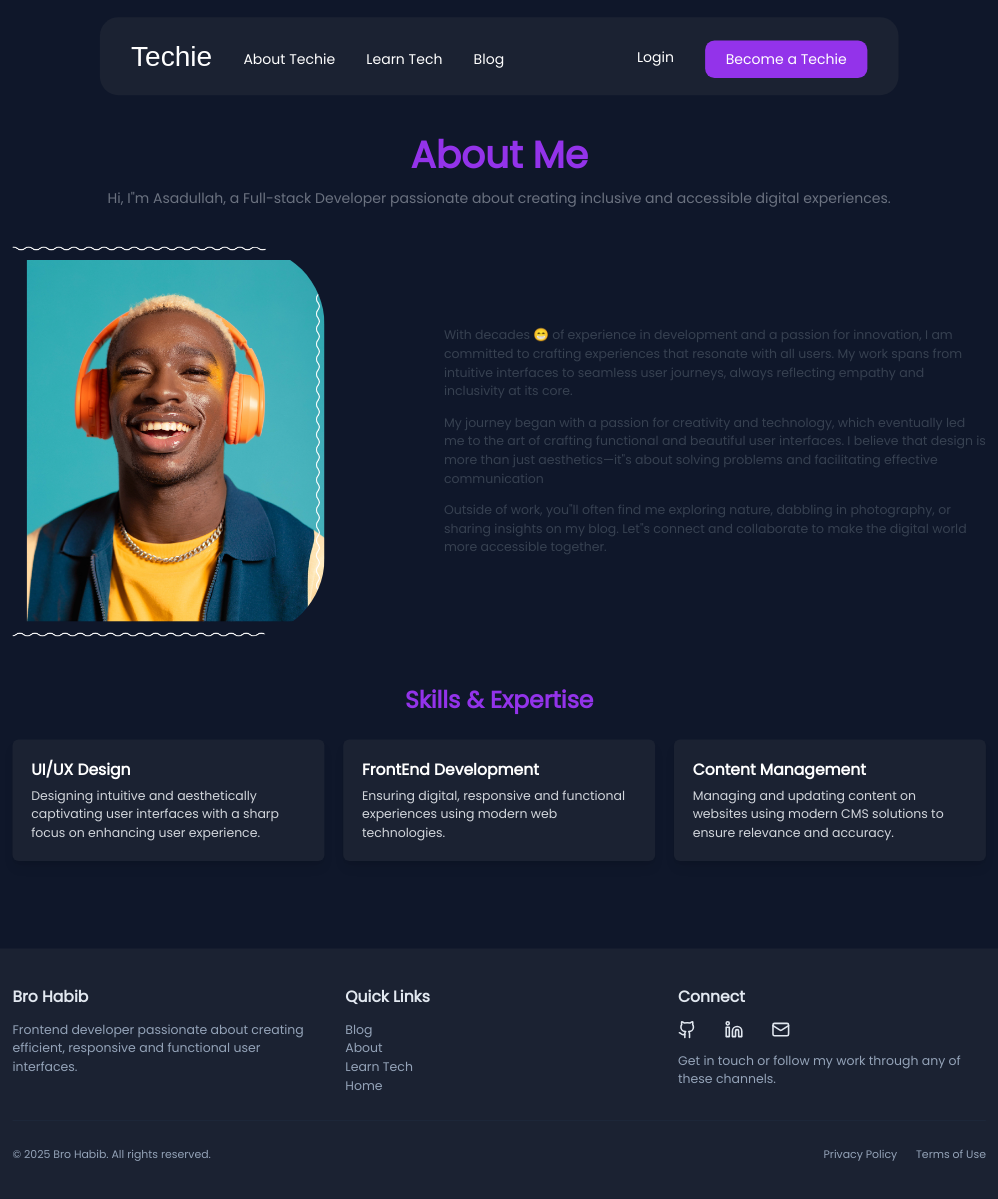
Repository: asadullah48/data-fetch
Page: /about
These files come from the project's save history. The page is drawn as it stood at one moment and after the next save; the edit follows.
The browser window is 1280 px wide. The pictures show the whole page, at 78% of full size.
Some web fonts or font styles are not loaded; a fallback is used. The project was rebuilt for these pictures with package versions that can differ from the ones it lists, and the page was loaded fresh each time. The framework's server and built-in components were replaced by stand-ins that run in the browser. Also part of the build but not shown: next.config.mjs.

Above is the page before, as saved 2025-01-15 12:40:27.

### src/app/layout.tsx
import type { Metadata } from "next";
import localFont from "next/font/local";
import "./globals.css";
import Navbar from "@/components/Navbar";
import { Poppins } from "next/font/google"
import Footer from "@/components/Footer";


const poppins = Poppins({
  subsets: ['latin'],
  weight: '400'
})

const geistSans = localFont({
  src: "./fonts/GeistVF.woff",
  variable: "--font-geist-sans",
  weight: "100 900",
});
const geistMono = localFont({
  src: "./fonts/GeistMonoVF.woff",
  variable: "--font-geist-mono",
  weight: "100 900",
});

export const metadata: Metadata = {
  title: "Data Fetching",
  description: "Data Fetching in a CSR and SSR",
};

export default function RootLayout({
  children,
}: Readonly<{
  children: React.ReactNode;
}>) {
  return (
    <html lang="en">
      <body
        className={`${geistSans.variable} ${geistMono.variable} ${poppins.className} bg-[#0f172a] text-white antialiased overflow-x-hidden`}
      >
        <Navbar />
        {children}
        <Footer/>
      </body>
    </html>
  );
}

### src/app/about/page.tsx
'use client';

import Image from "next/image";

export default function About() {
    return (
        <div className="container mx-auto px-4 py-8">
            <div className="text-center mb-12">
                <h1 className="text-5xl font-bold text-[#9333EA]">About Me</h1>
                <p className="text-lg text-gray-500 mt-4">
                    Hi, I&quot;m Asadullah, a Full-stack Developer passionate about creating inclusive and accessible digital experiences.
                </p>
            </div>

            <div className="flex flex-col sm:flex-row gap-8 juctify-center items-center">
                {/* Profile Image */}
                <div className="relative w-screen align-middle md:w-1/2 h-[500px] overflow-hidden">
                    <div className="w-screen align-middle rounded-[0_50px_0_50px]  overflow-hidden ">
                        {/* Using placeholder API for demo - replace src with your actual image URL */}
                        <Image
                            src="/images/myImg.jpeg"
                            width={1000}
                            height={1000}
                            alt="Professional portrait"
                            className="w-[400px] h-[500px] object-cover md:rounded-[0_100px_100px_0] absolute left-0"
                        />
                    </div>
                </div>

                {/* Description */}
                <div className="w-full md:w-2/3 text-center md:text-left">
                    <p className="text-gray-700 mb-4">
                        With decades 😁 of experience in development and a passion for innovation, I am committed to crafting experiences
                        that resonate with all users. My work spans from intuitive interfaces to seamless user journeys,
                        always reflecting empathy and inclusivity at its core.
                    </p>
                    <p className="text-gray-700 mb-4">
                    My journey began with a passion for creativity and technology, which eventually led me to the art of crafting functional and beautiful
                     user interfaces. I believe that design is more than just aesthetics—it&quot;s about solving problems and facilitating effective communication
                    </p>
                    <p className="text-gray-700">
                    Outside of work, you&quot;ll often find me exploring nature, dabbling in photography, or sharing insights on my blog.
                    Let&quot;s connect and collaborate to make the digital world more accessible together.

                    </p>
                </div>
            </div>

            {/* Skills Section */}
            <div className="mt-16">
                <h2 className="text-3xl font-bold text-[#9333EA] text-center mb-8">Skills & Expertise</h2>

                <div className="grid grid-cols-1 md:grid-cols-3 gap-6">

                    <div className="bg-[#1b2232] text-white rounded-lg shadow-lg p-6">
                        <h3 className="text-xl font-semibold mb-2">UI/UX Design</h3>
                        <p className="text-gray-300">
                        Designing intuitive and aesthetically captivating user interfaces with a sharp focus on enhancing user experience.
                        </p>
                    </div>
                    <div className="bg-[#1b2232] text-white rounded-lg shadow-lg p-6">
                        <h3 className="text-xl font-semibold mb-2">FrontEnd Development</h3>
                        <p className="text-gray-300">
                            Ensuring digital, responsive and functional experiences using modern web technologies.
                        </p>
                    </div>

                    <div className="bg-[#1b2232] text-white rounded-lg shadow-lg p-6">
                        <h3 className="text-xl font-semibold mb-2">Content Management</h3>
                        <p className="text-gray-300">
                            Managing and updating content on websites using modern CMS solutions to ensure relevance and accuracy.
                        </p>
                    </div>
                </div>
            </div>
        </div>
    );
}

### src/app/globals.css
@tailwind base;
@tailwind components;
@tailwind utilities;

body {
  font-family: Arial, Helvetica, sans-serif;
}

@layer utilities {
  .text-balance {
    text-wrap: balance;
  }
}

@layer base {
  :root {
    --background: 0 0% 100%;
    --foreground: 20 14.3% 4.1%;
    --card: 0 0% 100%;
    --card-foreground: 20 14.3% 4.1%;
    --popover: 0 0% 100%;
    --popover-foreground: 20 14.3% 4.1%;
    --primary: 24 9.8% 10%;
    --primary-foreground: 60 9.1% 97.8%;
    --secondary: 60 4.8% 95.9%;
    --secondary-foreground: 24 9.8% 10%;
    --muted: 60 4.8% 95.9%;
    --muted-foreground: 25 5.3% 44.7%;
    --accent: 60 4.8% 95.9%;
    --accent-foreground: 24 9.8% 10%;
    --destructive: 0 84.2% 60.2%;
    --destructive-foreground: 60 9.1% 97.8%;
    --border: 20 5.9% 90%;
    --input: 20 5.9% 90%;
    --ring: 20 14.3% 4.1%;
    --chart-1: 12 76% 61%;
    --chart-2: 173 58% 39%;
    --chart-3: 197 37% 24%;
    --chart-4: 43 74% 66%;
    --chart-5: 27 87% 67%;
    --radius: 0.5rem;
  }
  .dark {
    --background: 20 14.3% 4.1%;
    --foreground: 60 9.1% 97.8%;
    --card: 20 14.3% 4.1%;
    --card-foreground: 60 9.1% 97.8%;
    --popover: 20 14.3% 4.1%;
    --popover-foreground: 60 9.1% 97.8%;
    --primary: 60 9.1% 97.8%;
    --primary-foreground: 24 9.8% 10%;
    --secondary: 12 6.5% 15.1%;
    --secondary-foreground: 60 9.1% 97.8%;
    --muted: 12 6.5% 15.1%;
    --muted-foreground: 24 5.4% 63.9%;
    --accent: 12 6.5% 15.1%;
    --accent-foreground: 60 9.1% 97.8%;
    --destructive: 0 62.8% 30.6%;
    --destructive-foreground: 60 9.1% 97.8%;
    --border: 12 6.5% 15.1%;
    --input: 12 6.5% 15.1%;
    --ring: 24 5.7% 82.9%;
    --chart-1: 220 70% 50%;
    --chart-2: 160 60% 45%;
    --chart-3: 30 80% 55%;
    --chart-4: 280 65% 60%;
    --chart-5: 340 75% 55%;
  }
}

@layer base {
  * {
    @apply border-border;
  }
  body {
    @apply bg-background text-foreground;
  }
}

### src/components/Navbar.tsx
"use client"
import { useState } from 'react';
import { Agbalumo } from "next/font/google"
import Link from "next/link"

const agbalumo = Agbalumo({
    subsets: ['latin'],
    weight: '400'
})


export default function Navbar() {
    const [isMenuOpen, setIsMenuOpen] = useState(false);

    const toggleMenu = () => setIsMenuOpen(!isMenuOpen);

    return (
        <div className="h-[144px] w-screen flex justify-center items-center">
            <div className="h-[100px] w-full relative md:w-[80%] md:rounded-3xl bg-[#1b2232] text-white flex justify-between items-center px-10">
                {/* Logo and Links */}
                <div className="flex justify-center items-center gap-10">
                <Link href={"/"}>
                    <h1 className={`${agbalumo.className} text-4xl`}>Techie</h1>
                </Link>

                    <div className="hidden lg:flex gap-10">
                        <Link href={"/about"} className="text-lg mt-2">About Techie</Link>
                        <Link href={"/learnTech"} className="text-lg mt-2">Learn Tech</Link>
                        <Link href={"/blog"} className="text-lg mt-2">Blog</Link>
                    </div>
                </div>

                {/* Navbar Buttons */}
                <div className="hidden md:flex gap-10">
                    <Link href={"/login"} className="text-lg mt-4">Login</Link>
                    <Link href={"/signup"} className="text-lg mt-2 h-12 bg-PrimaryPurple flex justify-center items-center w-52 rounded-xl">Become a Techie</Link>
                </div>

                {/* Hamburger Menu for Mobile */}
                <div className="lg:hidden flex items-center gap-4">
                    {/* <h1 className="font-bold text-4xl">Techie</h1> */}
                    <button onClick={toggleMenu} className="text-white text-2xl">
                        {/* Hamburger Icon */}
                        {isMenuOpen ? 'X' : '☰'}
                    </button>
                </div>
            </div>

            {/* Dropdown Menu for Mobile */}
            {isMenuOpen && (
                <div className='z-50 h-screen fixed top-1/4 w-full flex justify-center items-center bg-[#1b2232]/70 backdrop-blur-md '>
                <div className=" lg:hidden  text-white  text-center py-4 flex flex-col justify-center items-start gap-5">
                    <Link href={"/about"} onClick={()=> setIsMenuOpen(false)} className="block text-lg mt-2">About Techie</Link>
                    <Link href={"/learnTech"} onClick={()=> setIsMenuOpen(false)} className="block text-lg mt-2">Learn Tech</Link>
                    <Link href={"/blog"} onClick={()=> setIsMenuOpen(false)} className="block text-lg mt-2">Blog</Link>
                    <Link href={"/login"} onClick={()=> setIsMenuOpen(false)} className="block text-lg mt-2">Login</Link>
                    <Link href={"/signup"} onClick={()=> setIsMenuOpen(false)} className=" text-lg mt-2 h-12 bg-PrimaryPurple flex justify-start pl-2 items-center w-52 rounded-xl">Become a Techie</Link>
                </div>
                </div>
            )}
        </div>
    )
}

### src/components/Footer.tsx
import React from 'react'
import { Github,  Linkedin, Mail } from 'lucide-react';
import Link from 'next/link';
export default function Footer() {
  const currentYear = new Date().getFullYear();

  return (
    <div className="bg-[#1b2232] mt-20 text-slate-200 py-12 ">
      <div className="container mx-auto px-4">
        {/* Main Footer Content */}
        <div className="grid grid-cols-1 md:grid-cols-3 gap-8 mb-8">
          {/* About Section */}
          <div>
            <h3 className="text-xl font-semibold mb-4">Bro Habib</h3>
            <p className="text-slate-400 mb-4">
              Frontend developer passionate about creating efficient, responsive and functional user interfaces.
            </p>
          </div>

          {/* Quick Links */}
          <div>
            <h3 className="text-xl font-semibold mb-4">Quick Links</h3>
            <ul className="space-y-2 text-slate-400">
              <Link href="/blog" className="hover:text-slate-200 transition-colors"><li>Blog</li>
              </Link>
              <Link href="/about" className="hover:text-slate-200 transition-colors"><li>About</li>
              </Link>
              <Link href="/learnTech" className="hover:text-slate-200 transition-colors"><li>Learn Tech</li>
              </Link>
              <Link href="/" className="hover:text-slate-200 transition-colors"><li>Home</li>
              </Link>
            </ul>
          </div>

          {/* Connect Section */}
          <div>
            <h3 className="text-xl font-semibold mb-4">Connect</h3>
            <div className="flex space-x-4 mb-4 gap-5">
              <Link href="https://github.com/Habib-bhai" className="hover:text-slate-200 transition-colors">
                <Github size={24} />
              </Link>

              <Link href="https://www.linkedin.com/in/habib007ab92282/" className="hover:text-slate-200 transition-colors">
                <Linkedin size={24} />
              </Link>

              <Link href="mailto:habibahmed918131@gmail.com" className="hover:text-slate-200 transition-colors">
                <Mail size={24} />
              </Link>

            </div>
            <p className="text-slate-400">
              Get in touch or follow my work through any of these channels.
            </p>
          </div>
        </div>

        {/* Bottom Bar */}
        <div className="pt-8 border-t border-slate-800">
          <div className="flex flex-col md:flex-row justify-between items-center space-y-4 md:space-y-0">
            <p className="text-slate-400 text-sm">
              © {currentYear} Bro Habib. All rights reserved.
            </p>
            <div className="flex space-x-6 text-sm text-slate-400">
              <a href="/privacy" className="hover:text-slate-200 transition-colors">Privacy Policy</a>
              <a href="/terms" className="hover:text-slate-200 transition-colors">Terms of Use</a>
            </div>
          </div>
        </div>
      </div>
    </div>
  )
}

### tailwind.config.ts
import type { Config } from "tailwindcss";

const config: Config = {
	darkMode: ["class"],
	content: [
		"./src/pages/**/*.{js,ts,jsx,tsx,mdx}",
		"./src/components/**/*.{js,ts,jsx,tsx,mdx}",
		"./src/app/**/*.{js,ts,jsx,tsx,mdx}",
	],
	theme: {
		extend: {

			animation: {
				'spin-slow': 'spin 3s linear infinite',
				orbit: 'orbit 1.5s linear infinite',
				// dash: 'dash 2s ease-in-out infinite',
				float: 'float 6s ease-in-out infinite',
				wave: 'wave 8s linear infinite',
				bounce: 'bounce 2s infinite',
			},
			keyframes: {
				orbit: {
					'0%': { transform: 'rotate(0deg) translateX(30px) rotate(0deg)' },
					'100%': { transform: 'rotate(360deg) translateX(30px) rotate(-360deg)' },
				},
				dash: {
					'0%': { strokeDashoffset: '880px' },
					'100%': { strokeDashoffset: '0px' },
				},
				float: {
					'0%, 100%': { transform: 'translateY(-10px)' },
					'50%': { transform: 'translateY(10px)' },
				  },
				  wave: {
					'0%': { transform: 'translateX(100%)' },
					'100%': { transform: 'translateX(-100%)' },
				  },
			},
			colors: {
				background: 'hsl(var(--background))',
				PrimaryPurple: '#9333EA',
				foreground: 'hsl(var(--foreground))',
				card: {
					DEFAULT: 'hsl(var(--card))',
					foreground: 'hsl(var(--card-foreground))'
				},
				popover: {
					DEFAULT: 'hsl(var(--popover))',
					foreground: 'hsl(var(--popover-foreground))'
				},
				primary: {
					DEFAULT: 'hsl(var(--primary))',
					foreground: 'hsl(var(--primary-foreground))'
				},
				secondary: {
					DEFAULT: 'hsl(var(--secondary))',
					foreground: 'hsl(var(--secondary-foreground))'
				},
				muted: {
					DEFAULT: 'hsl(var(--muted))',
					foreground: 'hsl(var(--muted-foreground))'
				},
				accent: {
					DEFAULT: 'hsl(var(--accent))',
					foreground: 'hsl(var(--accent-foreground))'
				},
				destructive: {
					DEFAULT: 'hsl(var(--destructive))',
					foreground: 'hsl(var(--destructive-foreground))'
				},
				border: 'hsl(var(--border))',
				input: 'hsl(var(--input))',
				ring: 'hsl(var(--ring))',
				chart: {
					'1': 'hsl(var(--chart-1))',
					'2': 'hsl(var(--chart-2))',
					'3': 'hsl(var(--chart-3))',
					'4': 'hsl(var(--chart-4))',
					'5': 'hsl(var(--chart-5))'
				}
			},
			borderRadius: {
				lg: 'var(--radius)',
				md: 'calc(var(--radius) - 2px)',
				sm: 'calc(var(--radius) - 4px)'
			}
		}
	},
	plugins: [require("tailwindcss-animate")],
};
export default config;

After the next save:
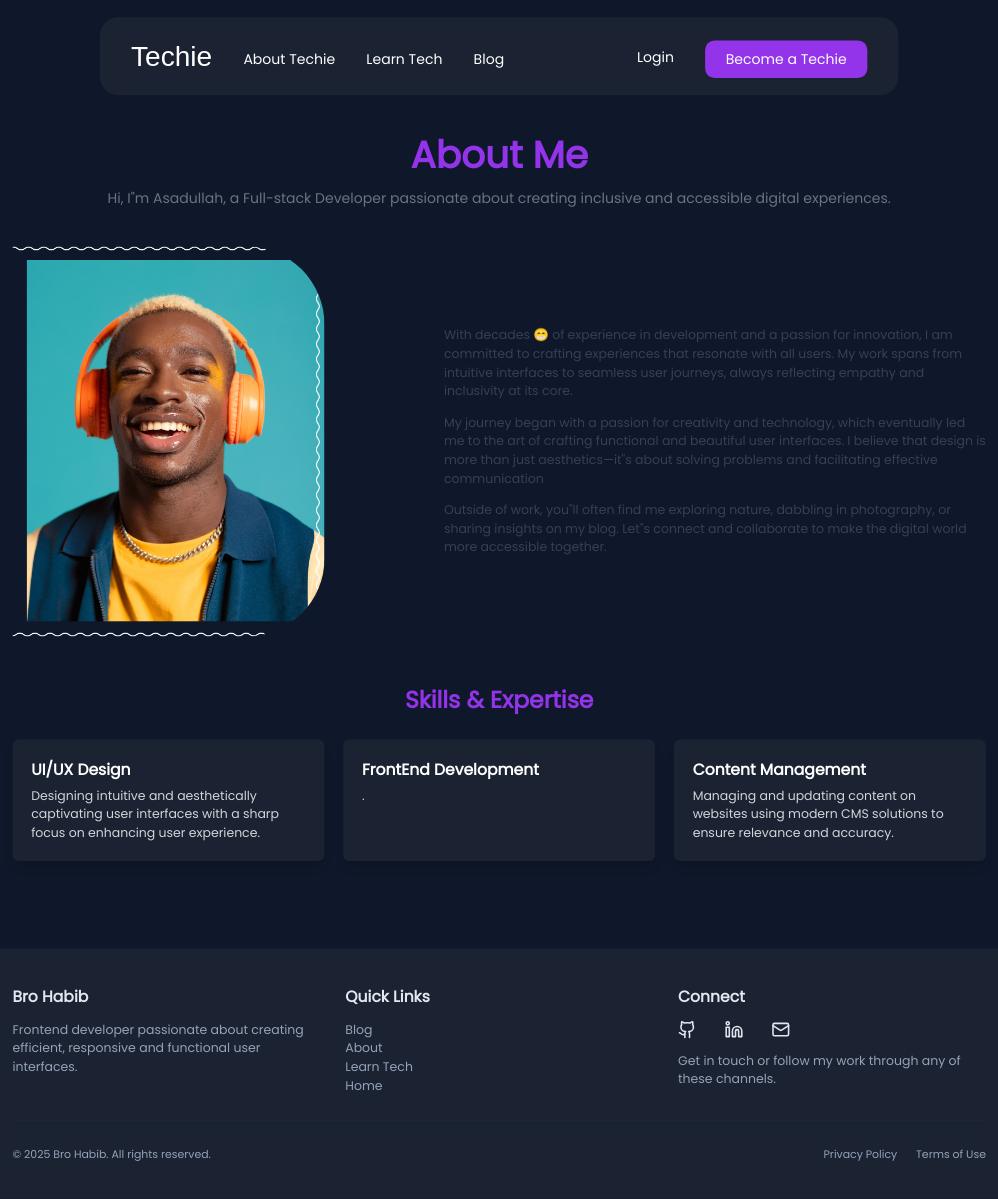
Saved 15 s later.
--- a/src/app/about/page.tsx
+++ b/src/app/about/page.tsx
@@ -61,7 +61,7 @@ export default function About() {
                     <div className="bg-[#1b2232] text-white rounded-lg shadow-lg p-6">
                         <h3 className="text-xl font-semibold mb-2">FrontEnd Development</h3>
                         <p className="text-gray-300">
-                            Ensuring digital, responsive and functional experiences using modern web technologies.
+                            .
                         </p>
                     </div>
 
